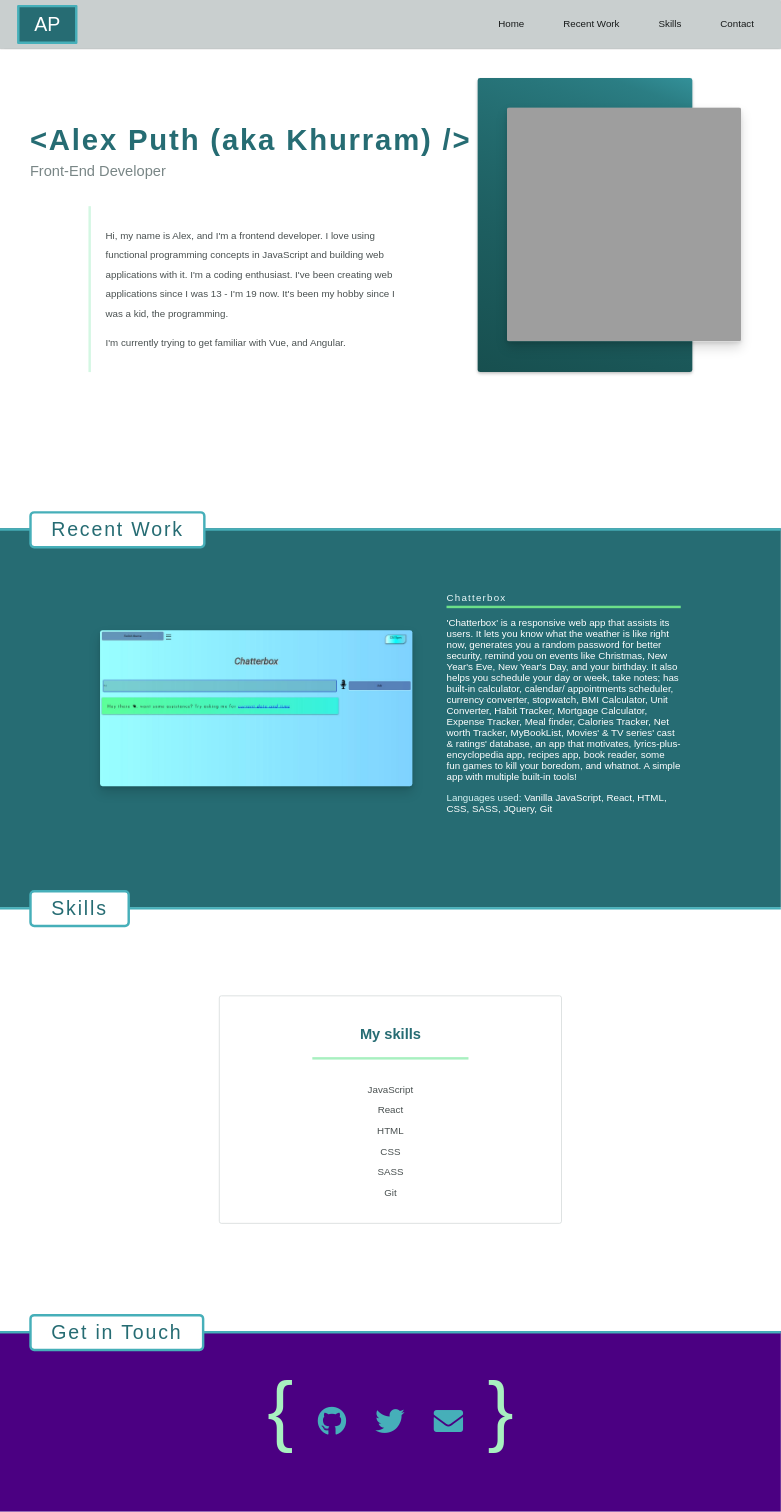
Repository: Abbaskhurram255/port
Page: /
These files come from the project's save history. The page is drawn as it stood at one moment and after the next save; the edit follows.
The browser window is 1280 px wide. The pictures show the whole page, at 61% of full size.
Pictures or frames that could not be fetched are drawn as grey boxes. The page's requests for data from a server got no answer. Some web fonts or font styles are not loaded; a fallback is used. Some web libraries are served in a nearby version. The project was rebuilt for these pictures with package versions that can differ from the ones it lists, and the page was loaded fresh each time. No one was signed in, and anything a server would have sent is missing.

Above is the page before, as saved 2020-12-02 00:17:36.

After the next save:
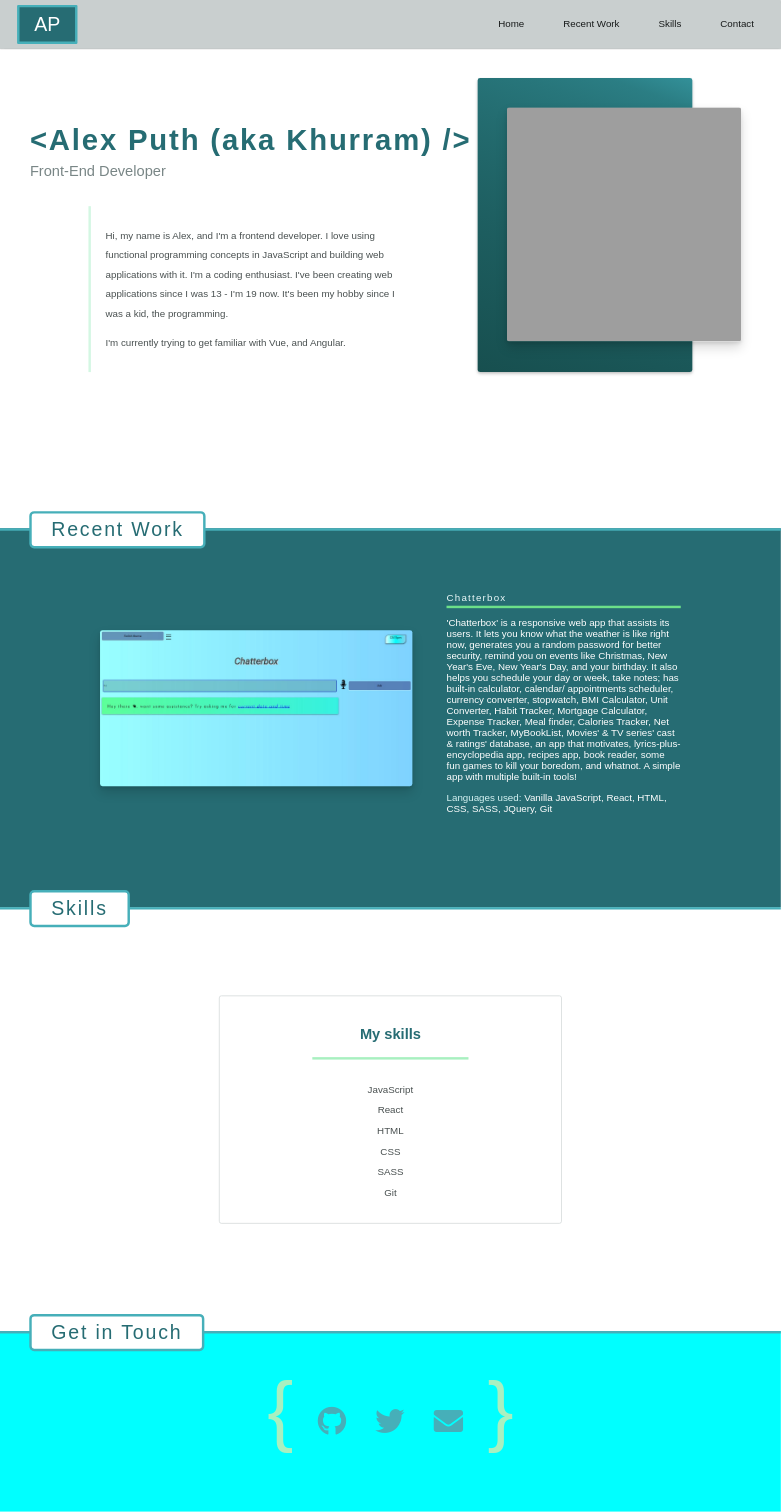
Saved 4 s later.
--- a/src/styles/components/_contact.scss
+++ b/src/styles/components/_contact.scss
@@ -3,7 +3,7 @@
   border-top: $size-1 solid $primary-5;
   display: flex;
   flex-direction: column;
-  background: indigo;
+  background: cyan;
 }
 
 .contact__title-box {
